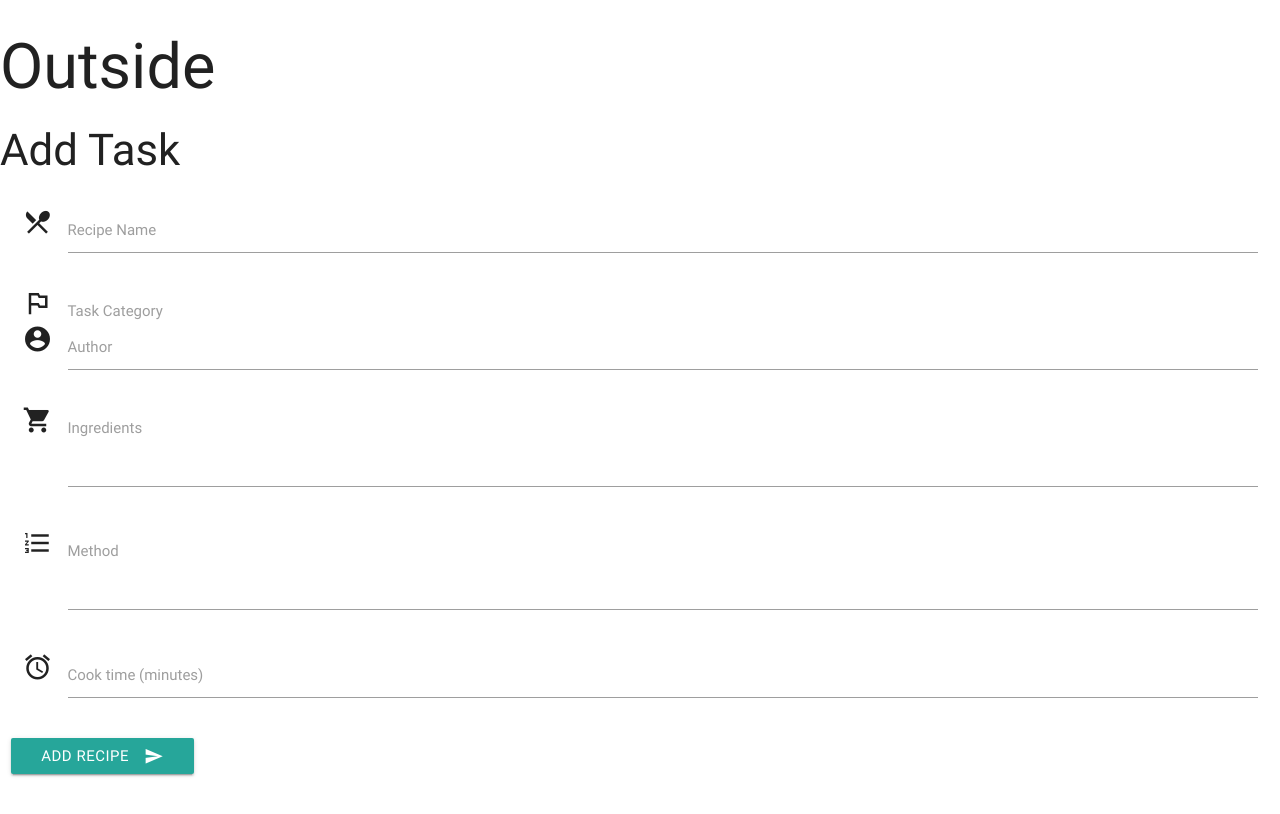
Repository: nakitamccool/francisillingworth-milestone-project-3
Page: http://localhost/
The author's editor kept a record of every edit. The page is drawn from the files as they stood at one moment, then again after the next edit.
The browser window is 1280 px wide. The pictures show the whole page.
The page is served by the project's application, run on Flask 3 (app.py). Queries for data that is not in the repository find no rows.

Above is the page before.

### templates/addrecipe.html
{% extends 'base.html' %} {% block content %}

<h3>Add Task</h3>
<div class="row">
    <form action="{{ url_for('insert_recipe') }}" method="POST" class="col s12">
        <div class="row">
            <div class="input-field col s12">
                <i class="material-icons prefix">local_dining</i>
                <input id="recipe_name" name="recipe_name" id="recipe_name" type="text" class="validate">
                <label for="icon_prefix">Recipe Name</label>
            </div>


        <div class="row">
            <div class="input-field col s12">
                  <i class="material-icons prefix">outlined_flag</i>
                    <select id="cuisine" name="cuisine_type">
                  <option value="" disabled selected>Choose Category</option>
                  {% for cat in cuisine %}
                      <option value="{{cat.cuisine_type}}">{{cat.cuisine_type}}</option>
                  {% endfor %}
                </select>
                    <label>Task Category</label>
                </div>
            </div>


            <div class="input-field col s12">
                <i class="material-icons prefix">account_circle</i>
                <input id="author" name="author" id="author" type="text" class="validate">
                <label for="icon_telephone">Author</label>
            </div>
            <div class="input-field col s12">
                <i class="material-icons prefix">local_grocery_store</i>
                <textarea id="ingredients" name="ingredients" id="ingredients" class="materialize-textarea"></textarea>
                <label for="icon_telephone">Ingredients</label>
            </div>
            <div class="input-field col s12">
                <i class="material-icons prefix">format_list_numbered</i>
                <textarea name="method" id="method" class="materialize-textarea"></textarea>
                <label for="icon_telephone">Method</label>
            </div>
            <div class="input-field col s12">
                <i class="material-icons prefix">alarm</i>
                <input id="cook_time" name="cook_time" id="cook_time" type="tel" class="validate">
                <label for="icon_telephone">Cook time (minutes)</label>
            </div>
        </div>
        <div class="row">
            <button class="btn waves-effect waves-light" type="submit" name="action">Add Recipe
                <i class="material-icons right">send</i>
            </button>
        </div>



    </form>
</div>



{% endblock %}

### templates/base.html
<!DOCTYPE html>
<html lang="en">
<head>
    <link href="https://fonts.googleapis.com/icon?family=Material+Icons"
      rel="stylesheet">
    <link rel="stylesheet"  href="https://cdnjs.cloudflare.com/ajax/libs/materialize/0.100.2/css/materialize.min.css">


</head>
<body>
    <h1>Outside</h1>
    {% block content %}
    {% endblock %}
    <script src="https://cdnjs.cloudflare.com/ajax/libs/jquery/3.4.1/jquery.min.js" integrity="sha256-CSXorXvZcTkaix6Yvo6HppcZGetbYMGWSFlBw8HfCJo=" crossorigin="anonymous"></script>
    <script src="https://cdnjs.cloudflare.com/ajax/libs/materialize/0.100.2/js/materialize.min.js"></script>
    <script type="text/javascript">
         $(document).ready(function(){
    $('.collapsible').collapsible();
  });

    </script>


</body>
</html>

### app.py
import os
from flask import Flask , render_template, redirect, request, url_for
from flask_pymongo import PyMongo
from bson.objectid import ObjectId

db_password = os.environ.get('DB_PASSWORD')

app = Flask(__name__)

app.config["MONGO_DBNAME"] = 'recipe_project'
app.config["MONGO_URI"] = 'mongodb+srv://root:r00tUser@myfirstcluster-aogax.mongodb.net/recipe_project?retryWrites=true&w=majority'

mongo = PyMongo(app)

@app.route('/')

@app.route('/add_recipe')
def add_recipe():
    return render_template('addrecipe.html', cuisine=mongo.db.cuisine.find())

@app.route('/insert_recipe', methods=['POST'])
def insert_recipe():
    recipes=mongo.db.recipe
    recipes.insert_one(request.form.to_dict())
    return redirect(url_for('get_recipes'))




@app.route('/get_recipes')
def get_recipes():
    return render_template("recipes.html", recipes=mongo.db.recipe.find())



if __name__ == '__main__':
    app.run(host=os.environ.get('IP'),
            port=int(os.environ.get('PORT')),
            debug=True)

After the next edit:
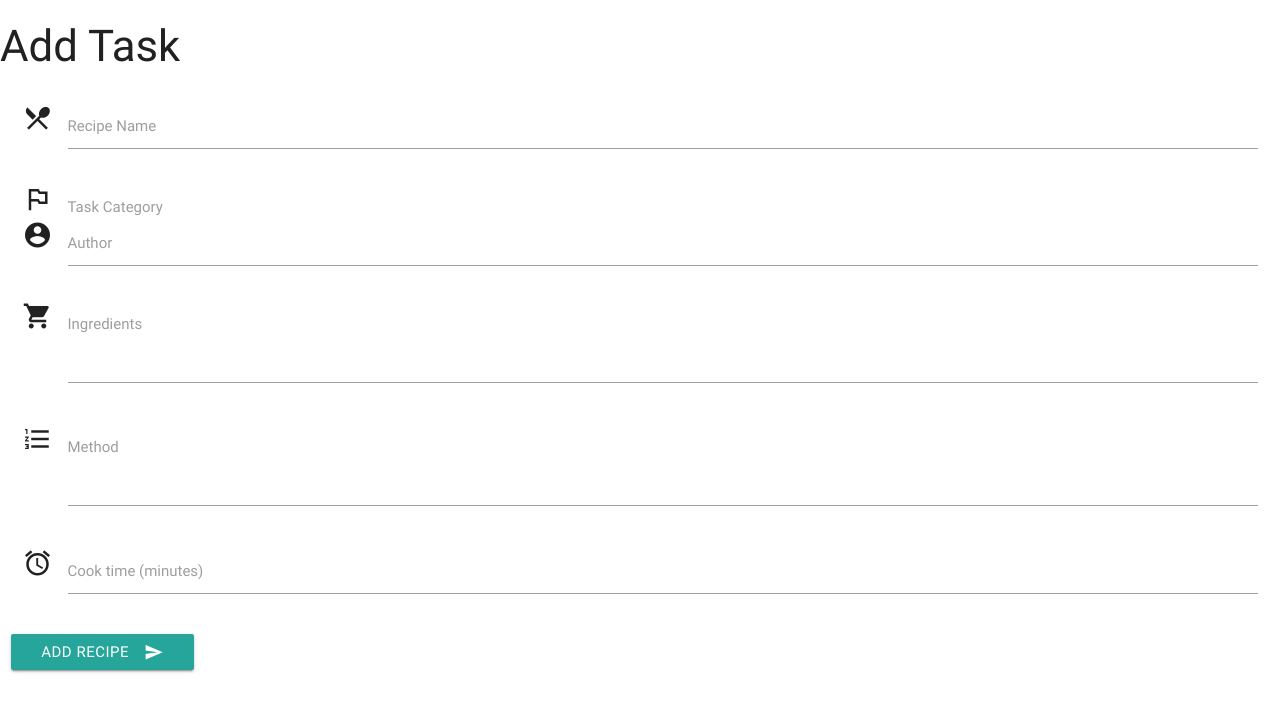
The edit:
--- a/templates/base.html
+++ b/templates/base.html
@@ -8,7 +8,7 @@
 
 </head>
 <body>
-    <h1>Outside</h1>
+
     {% block content %}
     {% endblock %}
     <script src="https://cdnjs.cloudflare.com/ajax/libs/jquery/3.4.1/jquery.min.js" integrity="sha256-CSXorXvZcTkaix6Yvo6HppcZGetbYMGWSFlBw8HfCJo=" crossorigin="anonymous"></script>
